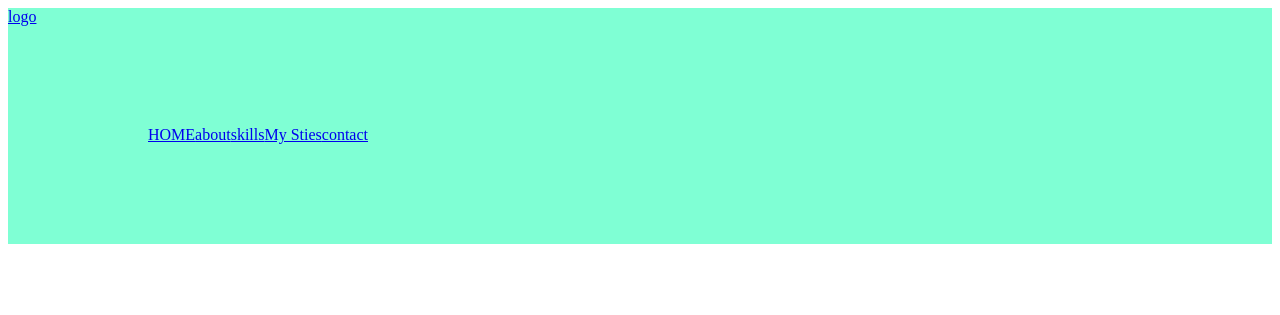
Repository: jun01270/jun
Page: index.html
The author's editor kept a copy of each file at every save. The page is drawn from the files as they stood at one save, then again after the next save.
The browser window is 1280 px wide. The pictures show the whole page.

Above is the page before, as saved 2023-05-08 15:44:30.

After the next save:
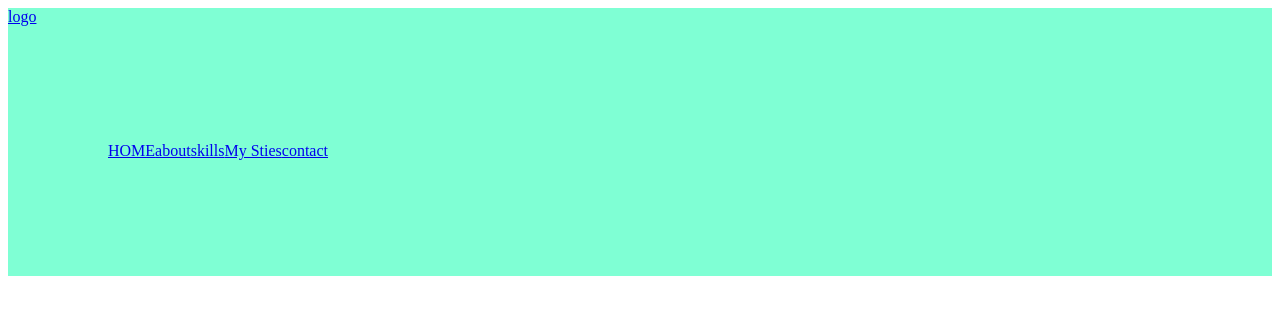
Saved 15 s later.
--- a/main.css
+++ b/main.css
@@ -11,6 +11,6 @@ html{
 
 .menu-bar{
     display: flex;
-    margin: 100px 100px;
+    padding: 100px 100px;
     list-style: none;
 }
